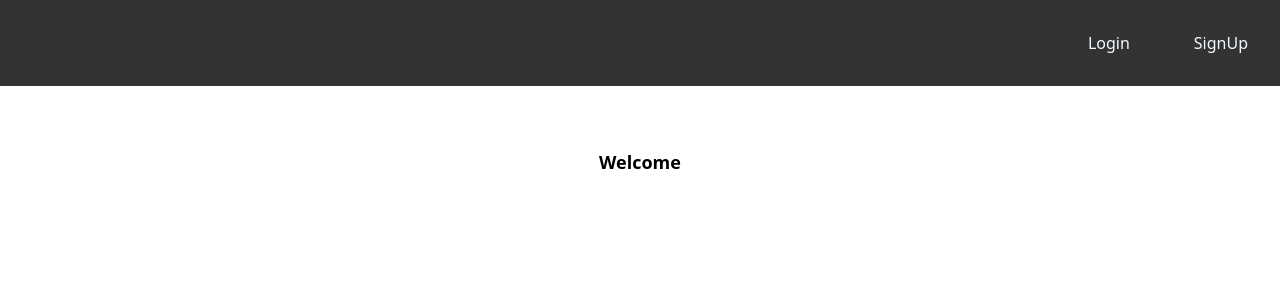
Repository: Ndifoinhilary/authentication
Page: http://localhost/
An editor plug-in stored every save of this project. The page is shown before and after the next save, followed by the edit.
The browser window is 1280 px wide. The pictures show the whole page.
The page is served by the project's application, run on Django 3.2 (manage.py). Other server files are loaded and not shown.

Above is the page before, as saved 2024-01-05 17:37:19.

### Auth/templates/home.html
{% load static %}
<!DOCTYPE html>
<html lang="en">
<head>
    <meta charset="UTF-8">
    <meta name="viewport" content="width=device-width, initial-scale=1.0">
    <link rel="stylesheet" href="{% static 'css/home.css' %}">
    <title>Home</title>
</head>
<body>
    <nav class="navbar">


        {% if user.is_authenticated %}
        <a href="{% url 'home' %}">Home</a>
        <a href="{% url 'logout' %}">Logout</a>
        {% endif %}

        <a href="{% url 'register' %}">SignUp</a>
        <a href="{% url 'login' %}">Login</a>






    </nav>
    <div class="center">

    <h1> Welcome {{user.email}}  </h1>

    </div>
</body>
</html>

### Auth/views.py
# pylint: disable=unused-argument
from django.shortcuts import render, redirect
from django.contrib import messages
from django.contrib.auth import authenticate, login, logout
from Auth.forms import RegistrationForm
from Auth.models import User

# Create your views here.


def homePage(request):
    user = request.user
    return render(request, "home.html", {"user": user})


def registerUser(request):
    form = RegistrationForm()

    if request.method == "POST":
        form = RegistrationForm(request.POST)
        if form.is_valid():
            user = form.save(commit=False)
            user.email = user.email.lower()
            user.save()

            if user is not None:
                login(request, user)
                return redirect("home")
        else:
            messages.error(request, "Invalid form check your data")
    return render(request, "register.html", {"form": form})


def loginUser(request):
    if request.method == "POST":
        email = request.POST.get("email")
        password = request.POST.get("password")
        try:
            user = User.objects.get(email=email)
        except:
            raise ValueError(f"You always tried")
        user = authenticate(request, email=email, password=password)
        if user is not None:
            login(request, user)
            return redirect("home")

    return render(request, "login.html")


def logoutUser(request):
    logout(request)
    return redirect("home")

### authentication/urls.py
from django.contrib import admin
from django.urls import path, include
from django.conf import settings
from django.conf.urls.static import static

urlpatterns = [path("admin/", admin.site.urls), path("", include("Auth.urls"))]


urlpatterns += static(settings.MEDIA_URL, document_root=settings.MEDIA_ROOT)
urlpatterns += static(settings.STATIC_URL, document_root=settings.MEDIA_ROOT)

### Auth/urls.py
# pylint: disable=trailing-whitespace
from django.urls import path

from . import views


urlpatterns = [
    path("", views.homePage, name="home"),
    path("auth/login/", views.loginUser, name="login"),
    path("auth/register/", views.registerUser, name="register"),
    path("auth/logout/", views.logoutUser, name="logout"),
]

### static/css/home.css
*{
    margin: 0;
    padding: 0;
    box-sizing: border-box;
}

body{
    font-family: system-ui, -apple-system, BlinkMacSystemFont, 'Segoe UI', Roboto, Oxygen, Ubuntu, Cantarell, 'Open Sans', 'Helvetica Neue', sans-serif;
}




h1{
    font-size: large;
    text-transform: capitalize;
    text-align: center;
    margin: 2rem auto;
    margin-top:4rem ;

}


.navbar {
    background-color: #333;
    overflow: hidden;
}

.navbar a {
    float: right;
    display: block;
    text-align: center;
    text-decoration: none;
    text-transform: capitalize;
    padding: 2rem;
    color: aliceblue;
}

After the next save:
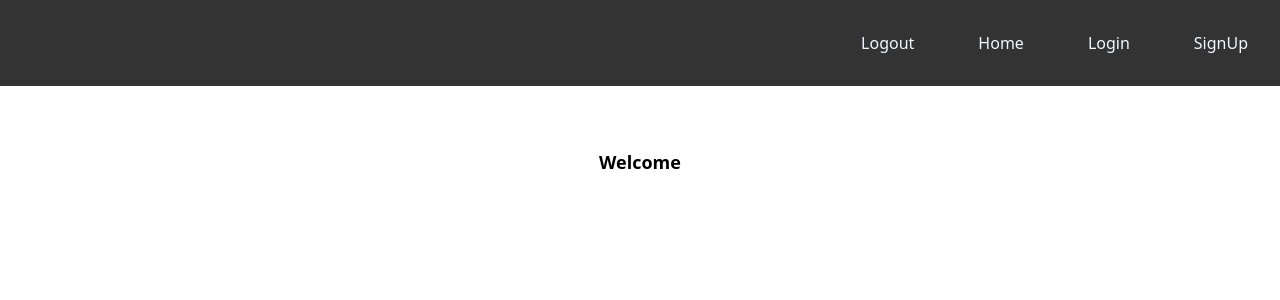
Saved 66 s later.
--- a/Auth/templates/home.html
+++ b/Auth/templates/home.html
@@ -11,13 +11,15 @@
     <nav class="navbar">
 
 
-        {% if user.is_authenticated %}
+        {% if not request.user.is_authenticated %}
+        <a href="{% url 'register' %}">SignUp</a>
+        <a href="{% url 'login' %}">Login</a>
+
+        {% endif %}
         <a href="{% url 'home' %}">Home</a>
         <a href="{% url 'logout' %}">Logout</a>
-        {% endif %}
 
-        <a href="{% url 'register' %}">SignUp</a>
-        <a href="{% url 'login' %}">Login</a>
+
 
 
 
